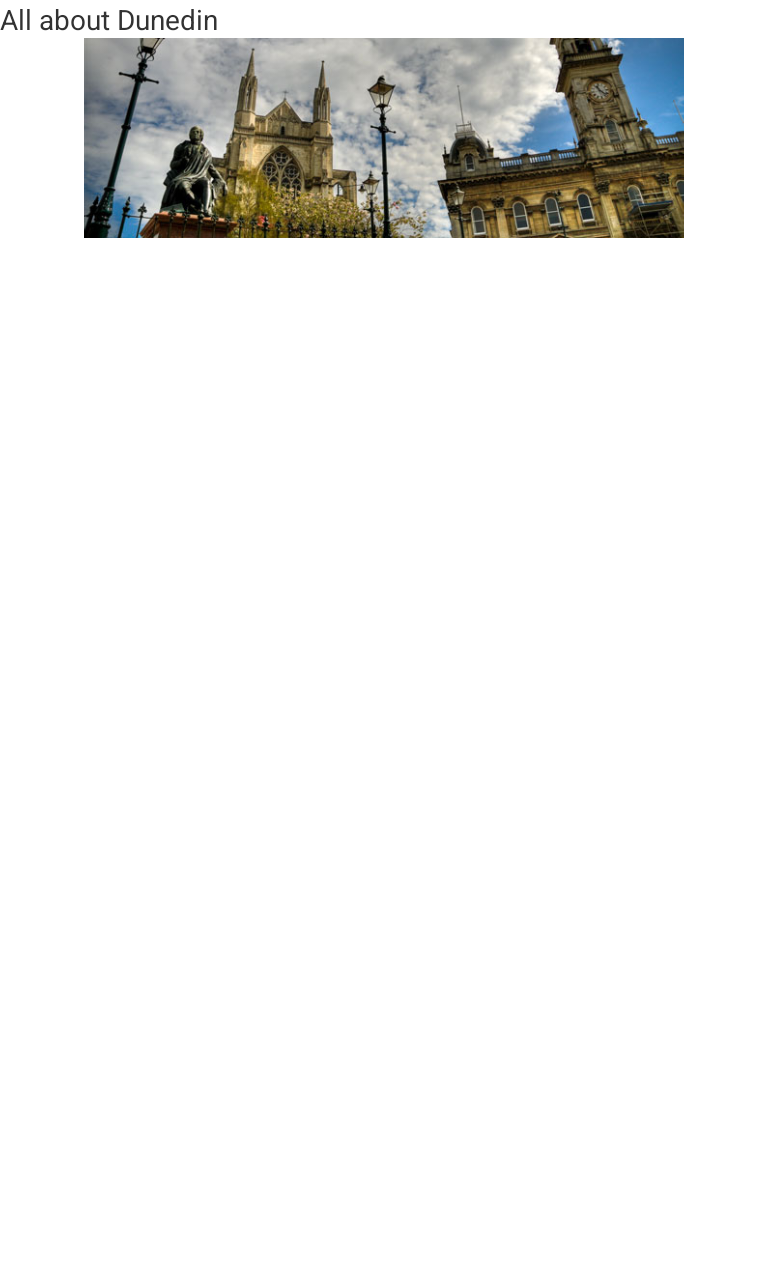
Repository: sam-stewart/in721
Layout: NavListView/res/layout/activity_main.xml
These files come from the project's save history. The layout is drawn as it stood at one moment and after the next save; the edit follows.
It is drawn on a 768 x 1280 px phone screen (xhdpi) without system bars, with theme AppTheme; the app's code is not run. Lists and similar views that code fills are empty.

Above is the layout before, as saved 2015-03-12 04:02:23.

### NavListView/res/layout/activity_main.xml
<android.support.v4.widget.DrawerLayout
    xmlns:android="http://schemas.android.com/apk/res/android"
    android:layout_width="match_parent"
    android:layout_height="match_parent" >

    <RelativeLayout
        android:layout_width="match_parent"
        android:layout_height="match_parent" >

    		<TextView
        		android:id="@+id/textView"
        		android:layout_width="wrap_content"
        		android:layout_height="wrap_content"
        		android:text="All about Dunedin" />

    		<ImageView
       		android:id="@+id/imageView1"
        		android:layout_width="match_parent"
        		android:layout_height="100dp"
        		android:layout_below="@id/textView"
        		android:contentDescription="header"
        		android:src="@drawable/octagon" />

     </RelativeLayout>

    <ListView
        android:id="@+id/left_drawer"
        android:layout_width="150dp"
        android:layout_height="match_parent"
        android:layout_gravity="start"
        android:choiceMode="singleChoice"
        android:divider="@android:color/transparent"
        android:dividerHeight="0dp"
        android:background="#111"
        />

</android.support.v4.widget.DrawerLayout>

Loaded but not shown: NavListView/res/values/styles.xml (common file); NavListView/res/values-v11/styles.xml (common file); NavListView/res/values-v14/styles.xml (common file)

After the next save:
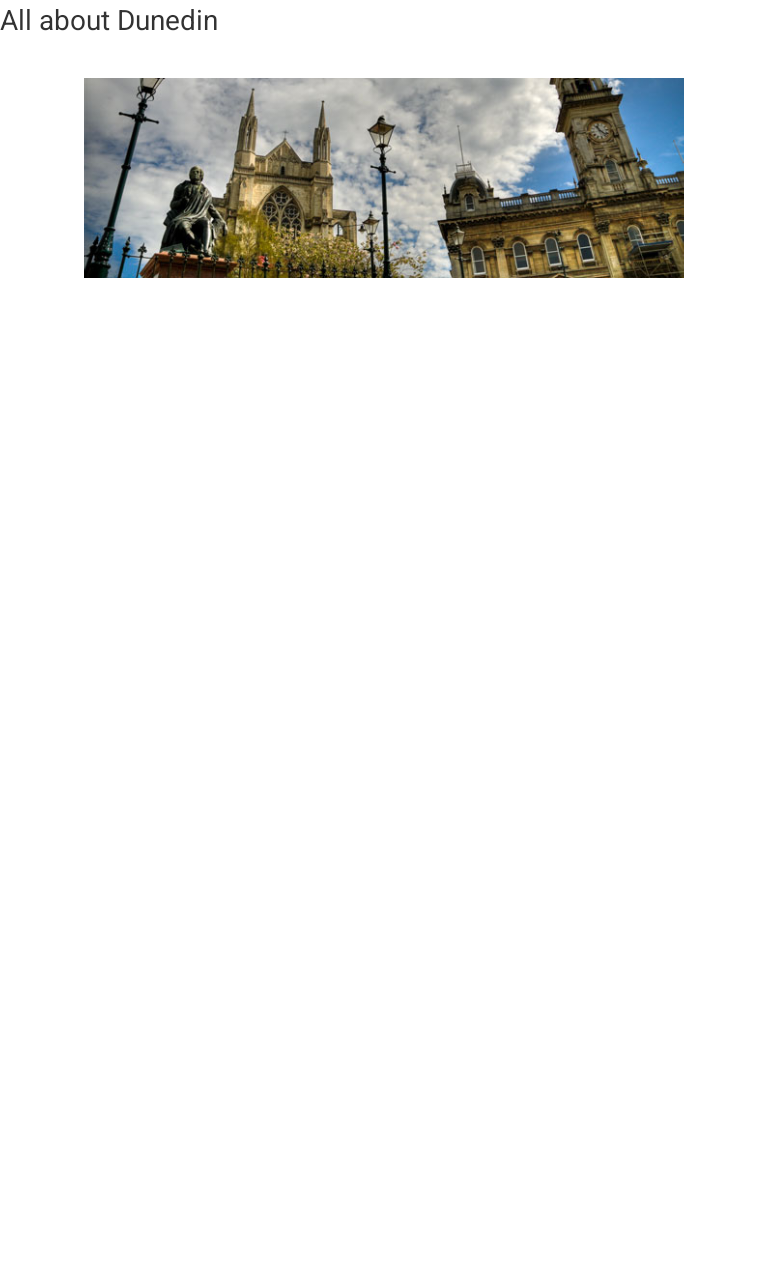
Saved 2 min 12 s later.
--- a/NavListView/res/layout/activity_main.xml
+++ b/NavListView/res/layout/activity_main.xml
@@ -11,6 +11,7 @@
         		android:id="@+id/textView"
         		android:layout_width="wrap_content"
         		android:layout_height="wrap_content"
+        		android:layout_gravity="center"
         		android:text="All about Dunedin" />
 
     		<ImageView
@@ -18,6 +19,8 @@
         		android:layout_width="match_parent"
         		android:layout_height="100dp"
         		android:layout_below="@id/textView"
+        		android:layout_gravity="center"
+        		android:layout_margin="20dp"
         		android:contentDescription="header"
         		android:src="@drawable/octagon" />
 
